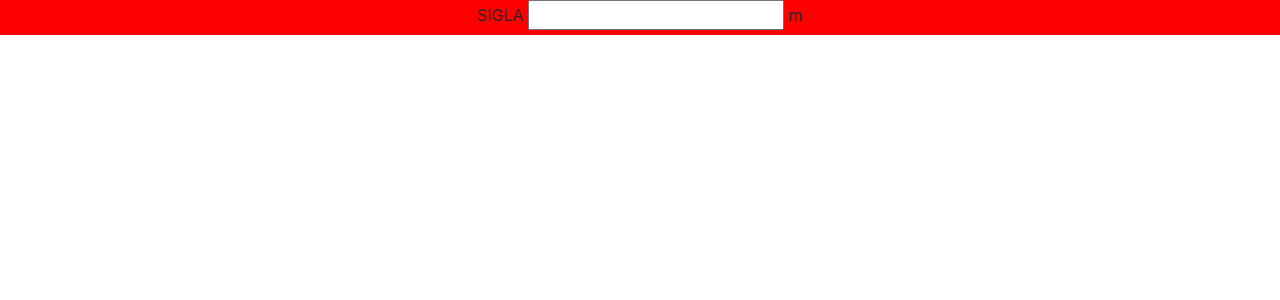
Repository: Melancia06/agenda
Page: index.html
These files come from the project's save history. The page is drawn as it stood at one moment and after a run of saves; the edit follows.
The browser window is 1280 px wide. The pictures show the whole page.

Above is the page before, as saved 2024-08-08 09:13:45.

### index.html
<!DOCTYPE html>
<html lang="en">
<head>
    <meta charset="UTF-8">
    <meta name="viewport" content="width=device-width, initial-scale=1.0">
    <link rel="stylesheet" href="css/bootstrap.css">
    <link rel="stylesheet" href="css/fontawasome.css">
    <link rel="stylesheet" href="css/css.css">
    <title>começando a fazer esboço do sigla</title>
</head>
<body>
    <div class="marca" > SIGLA
        <input type="text" name="matricula" id="matricula" class="input" required>
        <label for="matricula">m</label>
    </div>
</body>
</html>

### css/css.css
.marca{
    text-align: center;
   background-color:rgb(255, 0, 0)

}

Loaded but not shown: css/bootstrap.css (library); css/fontawasome.css (4616 lines, source omitted)

After the next 3 saves:
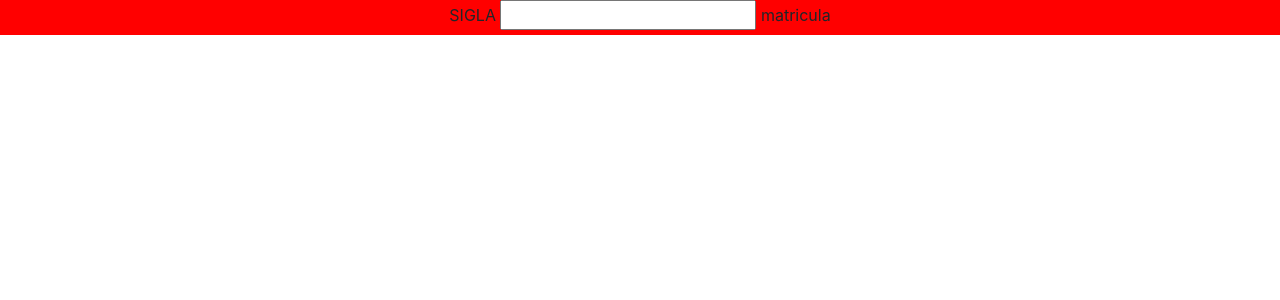
The 3 saves are shown as one change because they came seconds apart.
The last was saved 6 s later.
--- a/index.html
+++ b/index.html
@@ -11,7 +11,7 @@
 <body>
     <div class="marca" > SIGLA
         <input type="text" name="matricula" id="matricula" class="input" required>
-        <label for="matricula">m</label>
+        <label for="matricula">matricula</label>
     </div>
 </body>
 </html>
